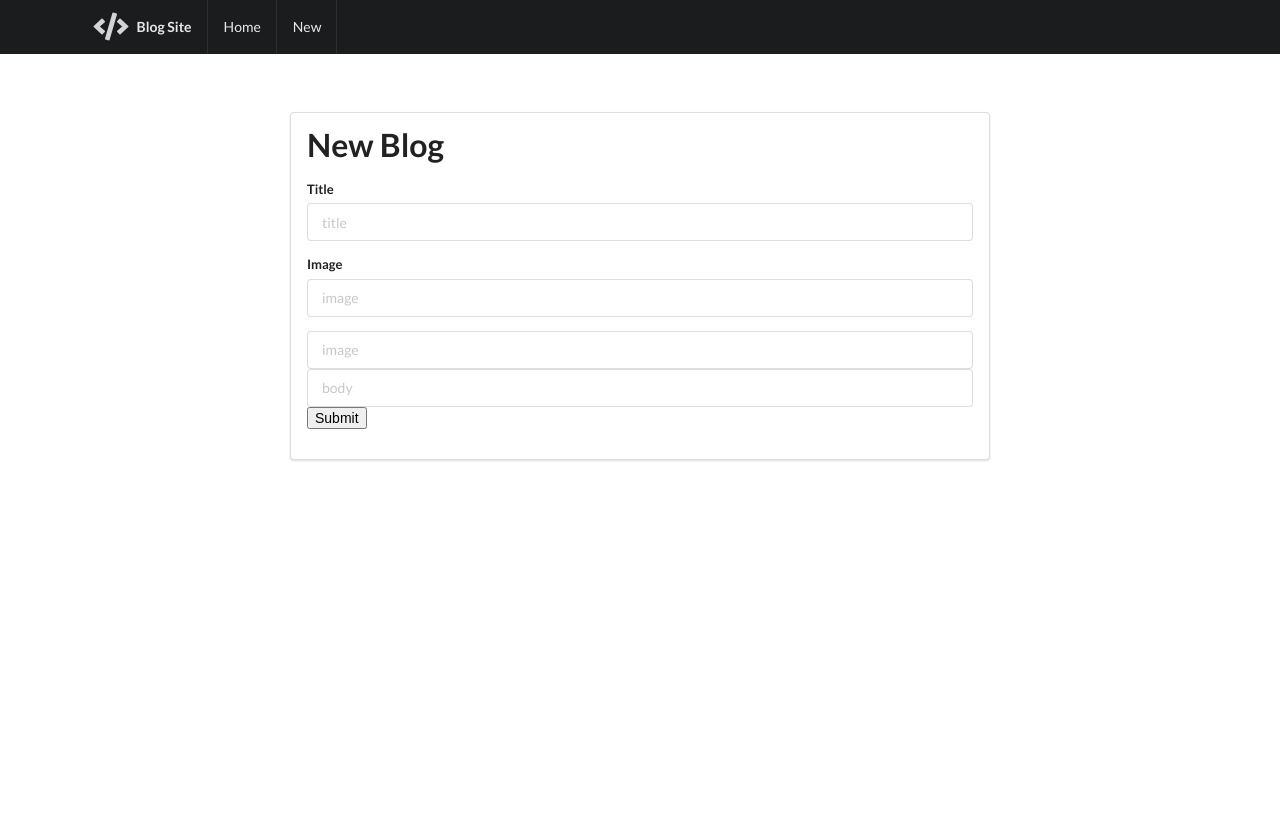
Repository: krit-gpt/WebApplication_Projects
Page: http://localhost/blogs/new
The author's editor kept a record of every edit. The page is drawn from the files as they stood at one moment, then again after the next edit.
The browser window is 1280 px wide. The pictures show the whole page.
Some web libraries are served in a nearby version. The page is served by the project's Node server (app.js).

Above is the page before.

After the next edit:
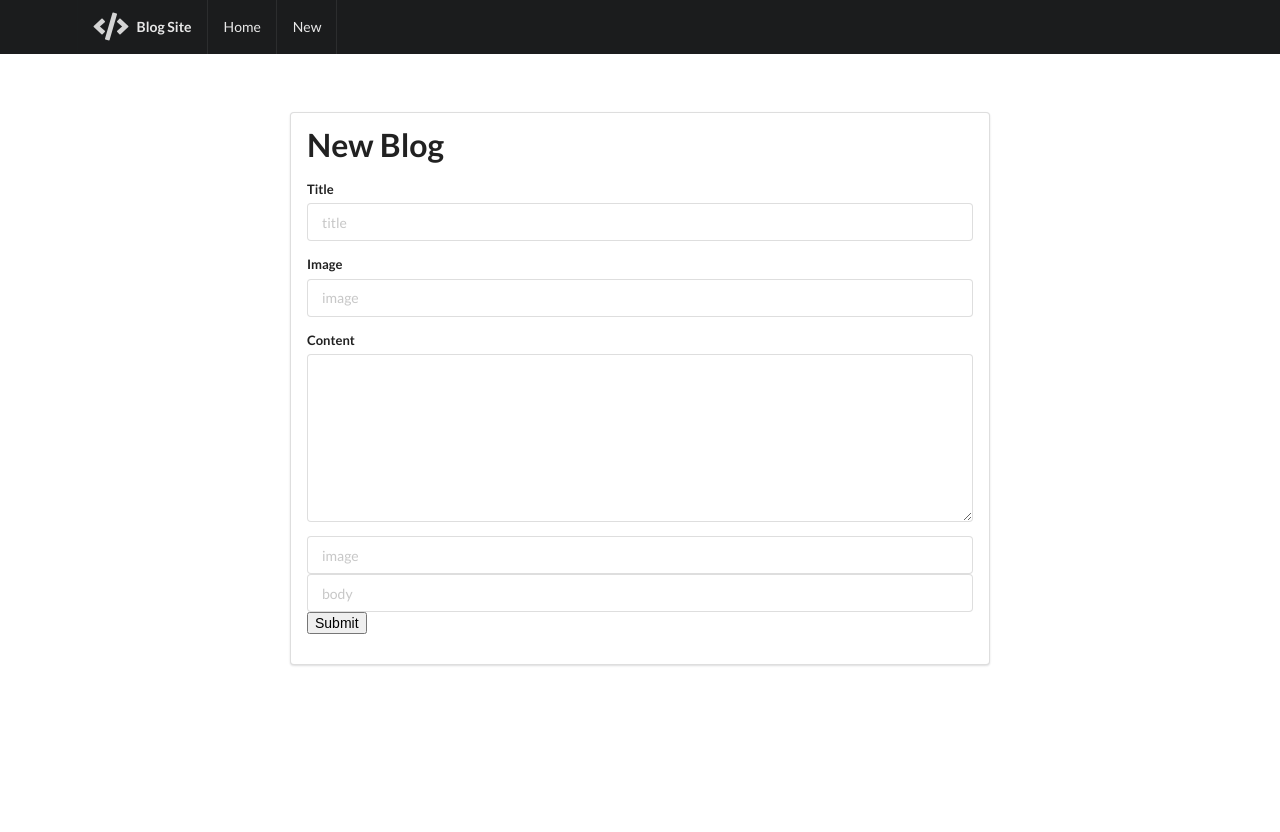
The edit:
--- a/Blog_Site/workspace/views/new.ejs
+++ b/Blog_Site/workspace/views/new.ejs
@@ -12,6 +12,12 @@
         <input type="text" name="blog[image]" placeholder="image">
     </div>
 
+     <div class="field">
+        <label>Content</label>
+        <textarea name="blog[body]"></textarea>
+    </div>
+
+
     <input type="text" name="blog[image]" placeholder='image'>
     <input type="text" name="blog[body]" placeholder='body'>
     <input type="submit">
